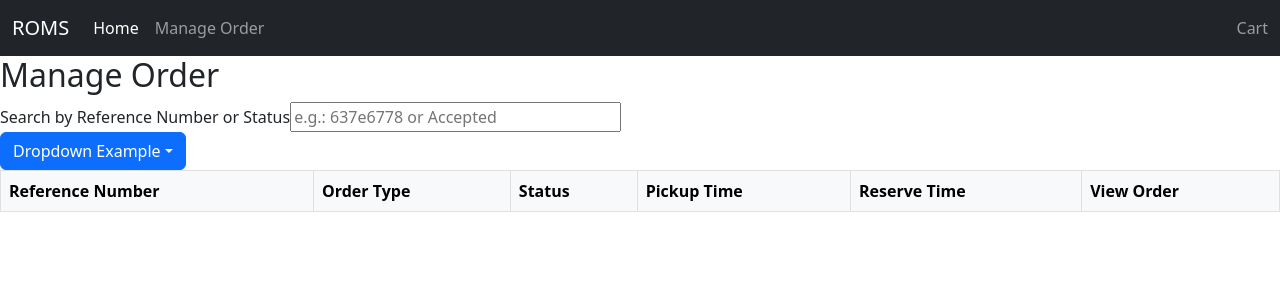
Repository: kayc529/comp231-f22-team4-roms
Page: /manageOrder
The author's editor kept a copy of each file at every save. The page is drawn from the files as they stood at one save, then again after the next save.
The browser window is 1280 px wide. The pictures show the whole page.
The page's requests for data from a server got no answer. The project was rebuilt for these pictures with package versions that can differ from the ones it lists, and the page was loaded fresh each time. No one was signed in, and anything a server would have sent is missing. Also part of the build but not shown: src/components/ExampleComponent.js, src/components/ExampleBox.js, src/pages/example/ExampleHomePage.js, src/pages/example/ExampleNotFoundPage.js, src/features/cart/cartActions.js, src/pages/Cart.js, src/pages/ViewOrder.js.

Above is the page before, as saved 2022-12-04 23:37:39.

After the next save:
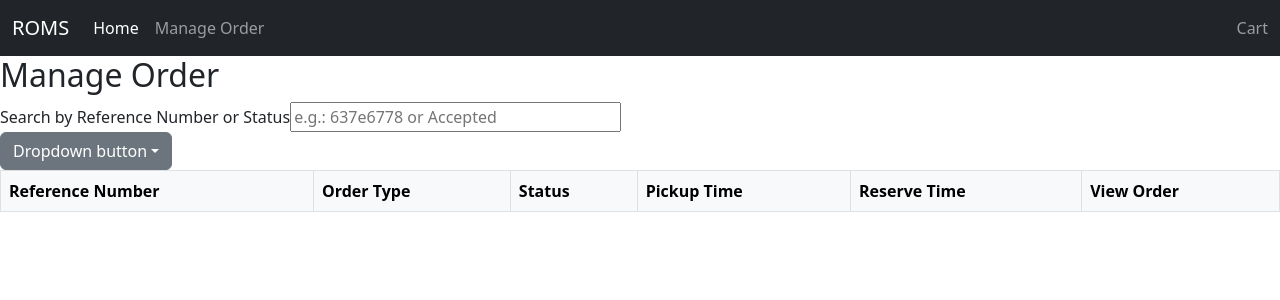
Saved 55 s later.
--- a/src/pages/ManageOrder.js
+++ b/src/pages/ManageOrder.js
@@ -33,17 +33,16 @@ const ManageOrder =()=>{
                 size={30}
                 onChange={(e) =>{setSearchKeyword(e.target.value)}}
             />
-             <div class="dropdown">
-    <button class="btn btn-primary dropdown-toggle" id="menu1" type="button" data-toggle="dropdown">Dropdown Example
-    <span class="caret"></span></button>
-    <ul class="dropdown-menu" role="menu" aria-labelledby="menu1">
-      <li role="presentation"><a role="menuitem" tabindex="-1" href="#">HTML</a></li>
-      <li role="presentation"><a role="menuitem" tabindex="-1" href="#">CSS</a></li>
-      <li role="presentation"><a role="menuitem" tabindex="-1" href="#">JavaScript</a></li>
-      <li role="presentation" class="divider"></li>
-      <li role="presentation"><a role="menuitem" tabindex="-1" href="#">About Us</a></li>
-    </ul>
+<div class="dropdown">
+  <button class="btn btn-secondary dropdown-toggle" type="button" id="dropdownMenuButton" data-toggle="dropdown" aria-haspopup="true" aria-expanded="false">
+    Dropdown button
+  </button>
+  <div class="dropdown-menu" aria-labelledby="dropdownMenuButton">
+    <a class="dropdown-item" href="#">Action</a>
+    <a class="dropdown-item" href="#">Another action</a>
+    <a class="dropdown-item" href="#">Something else here</a>
   </div>
+</div>
 
 
             <Table striped bordered hover variant="light">
